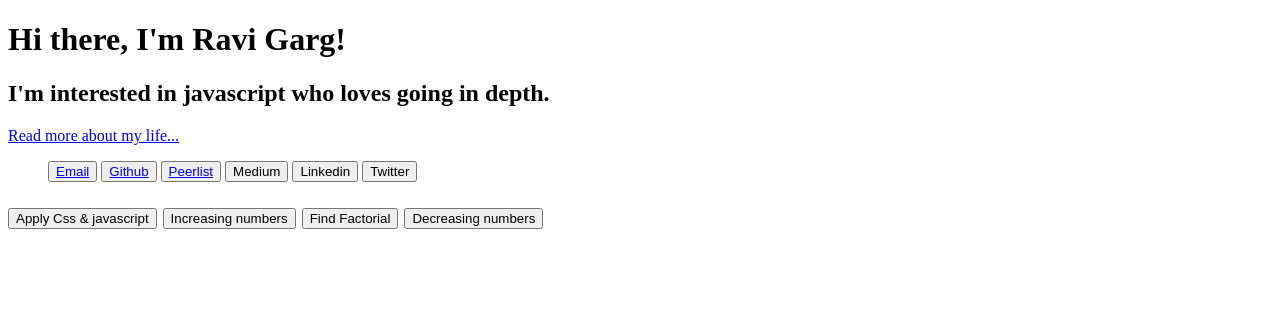
Repository: ravigarg001/musafir
Page: index.html
The author's editor kept a copy of each file at every save. The page is drawn from the files as they stood at one save, then again after a run of saves.
The browser window is 1280 px wide. The pictures show the whole page.

Above is the page before, as saved 2022-05-02 09:18:15.

### index.html
<!DOCTYPE html>
<html>
<head>
<title>Ravi Garg</title>
<!-- <link href="index.css" rel="stylesheet" type="text/css"></link> -->
<script src="index.js"></script>
</head>

<body>
<div class="about" >
    <h1>Hi there, I'm Ravi Garg!</h1>
    <h2>I'm interested in javascript who loves going in depth.</h2>
    <p> <a id="more" href="/about">Read more about my life...</a></p>
</div>

<footer>
<ul>
  <button><a href="mailto:ravigarg.connect@gmail.com">Email</a></button>
  <button><a href="https://github.com/ravigarg001" target="_blank">Github</a></button>
  <button><a href="https://peerlist.io/ravigarg" target="_blank">Peerlist</a></button>
  <button><a>Medium</a></button>
  <button><a>Linkedin</a></button>
  <button><a>Twitter</a></button><br>
</ul>
</footer>
<h2
<ul>
  <button class="cssAdder" onclick="addCssAndJs()">Apply Css & javascript</button>
  <button onclick="inputNumber1()">Increasing numbers </button>
  <button onclick="inputNumber()">Find Factorial</button>
  <button onclick="inputNumber2()">Decreasing numbers</button>
</ul>
</footer>

</body>
<!-- <script src="Recursion/recursiveFactorial.js"></script> -->
<!-- <script src="Recursion/increasing_order.js"></script> -->

</html>

### index.js
function addCssAndJs(){
    let link = document.createElement('link');
    link.rel = 'stylesheet';
    link.type = 'text/css';
    link.href = 'index.css';
    document.head.appendChild(link);

    function addNewJsFile(fileLocation){
        let script = document.createElement('script');
        document.head.appendChild(script);
        script.src = fileLocation;
    }

    addNewJsFile('Recursion/decreasing_order.js');
    addNewJsFile('Recursion/increasing_order.js');
    addNewJsFile('Recursion/recursiveFactorial.js');

}
/*1. call addNewJsFile(put location of the js file here) */

After the next 2 saves:
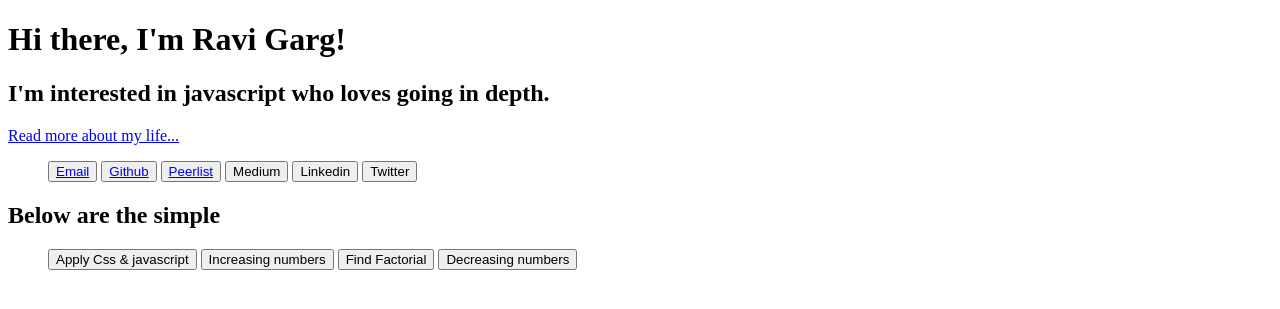
The 2 saves are shown as one change because they came seconds apart.
The last was saved 12 s later.
--- a/index.html
+++ b/index.html
@@ -23,7 +23,7 @@
   <button><a>Twitter</a></button><br>
 </ul>
 </footer>
-<h2
+<h2>Below are the simple </h2>
 <ul>
   <button class="cssAdder" onclick="addCssAndJs()">Apply Css & javascript</button>
   <button onclick="inputNumber1()">Increasing numbers </button>
